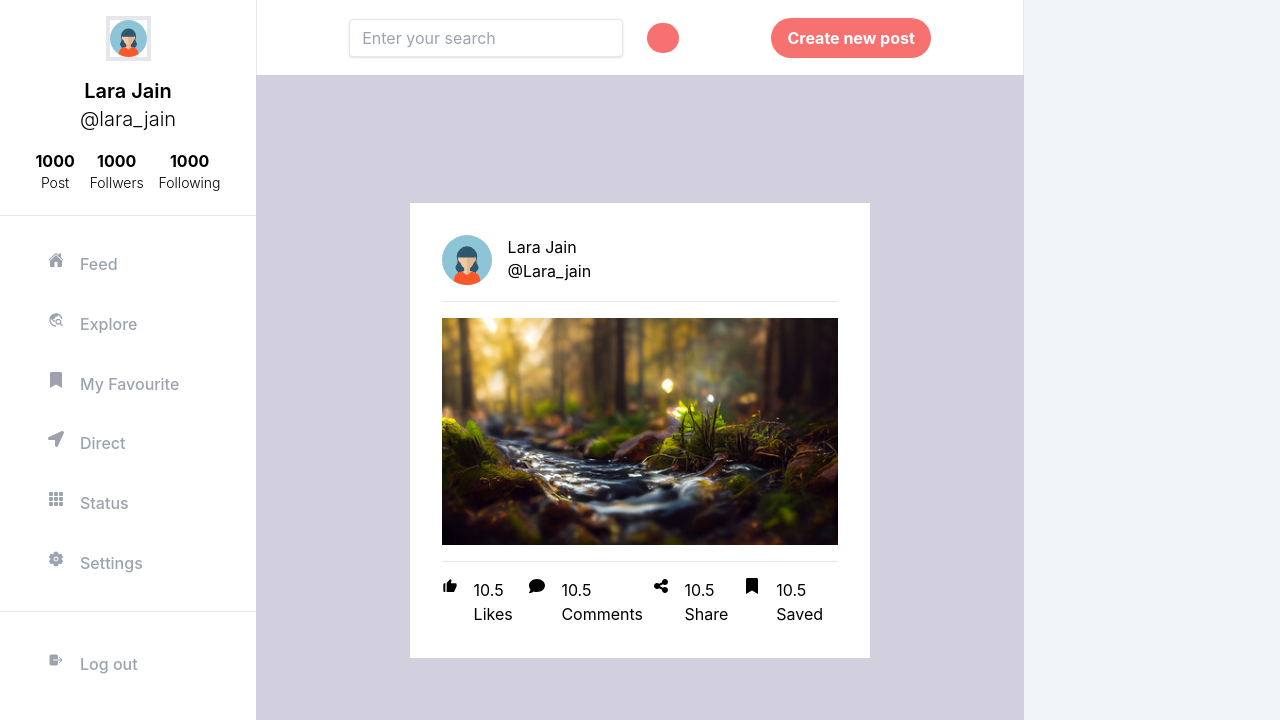
Repository: cosmicswati/upgrad-captions-project
Page: /
The author's editor kept a copy of each file at every save. The page is drawn from the files as they stood at one save, then again after the next save.
The browser window is 1280 px wide. The pictures show the whole page.
An inner scrolling area shows only its first screen. The project was rebuilt for these pictures with package versions that can differ from the ones it lists, and the page was loaded fresh each time. Also part of the build but not shown: src/modules/Home/data.js, src/modules/Authorization/Form.jsx, src/modules/Authorization/index.js.

Above is the page before, as saved 2024-04-12 11:36:18.

After the next save:
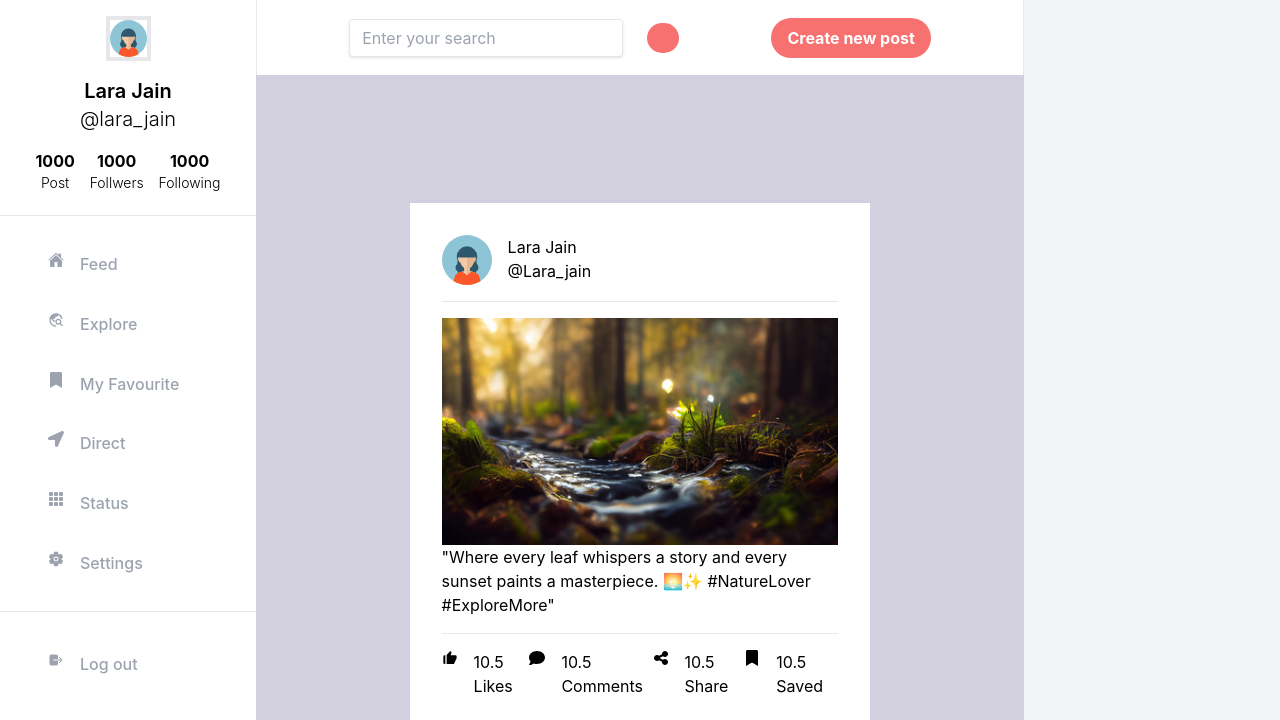
Saved 64 s later.
--- a/src/modules/Home/index.js
+++ b/src/modules/Home/index.js
@@ -71,7 +71,8 @@ const Home = () => {
                 </div>
                 <div className='border-b pb-4 mb-4'>
                     <img src={postImg} width={'500px'}/>
-                    <p></p>
+                    <p>
+"Where every leaf whispers a story and every sunset paints a masterpiece. 🌅✨ #NatureLover #ExploreMore"</p>
                 </div>
                 <div className='flex justify-evenly mt-4'>
                 <div className='flex cursor-pointer hover:text-[#F00F51]'><span className='mr-4'><BiSolidLike /></span>10.5 Likes</div>
